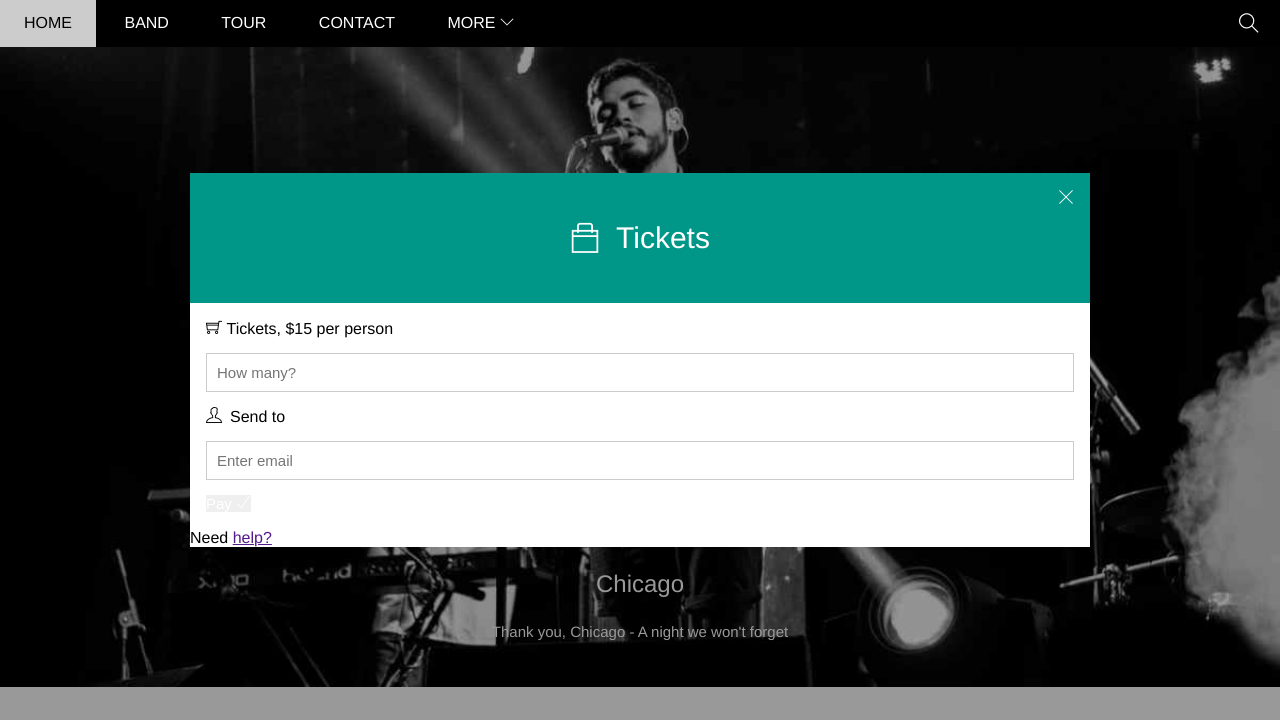
Repository: qhoa25623/The-Band
Page: index.html
An editor plug-in stored every save of this project. The page is shown before and after the next save, followed by the edit.
The browser window is 1280 px wide. The pictures show the window.
A layer covers the whole window, so only the first screen is drawn.

Above is the page before, as saved 2022-04-27 23:16:40.

After the next save:
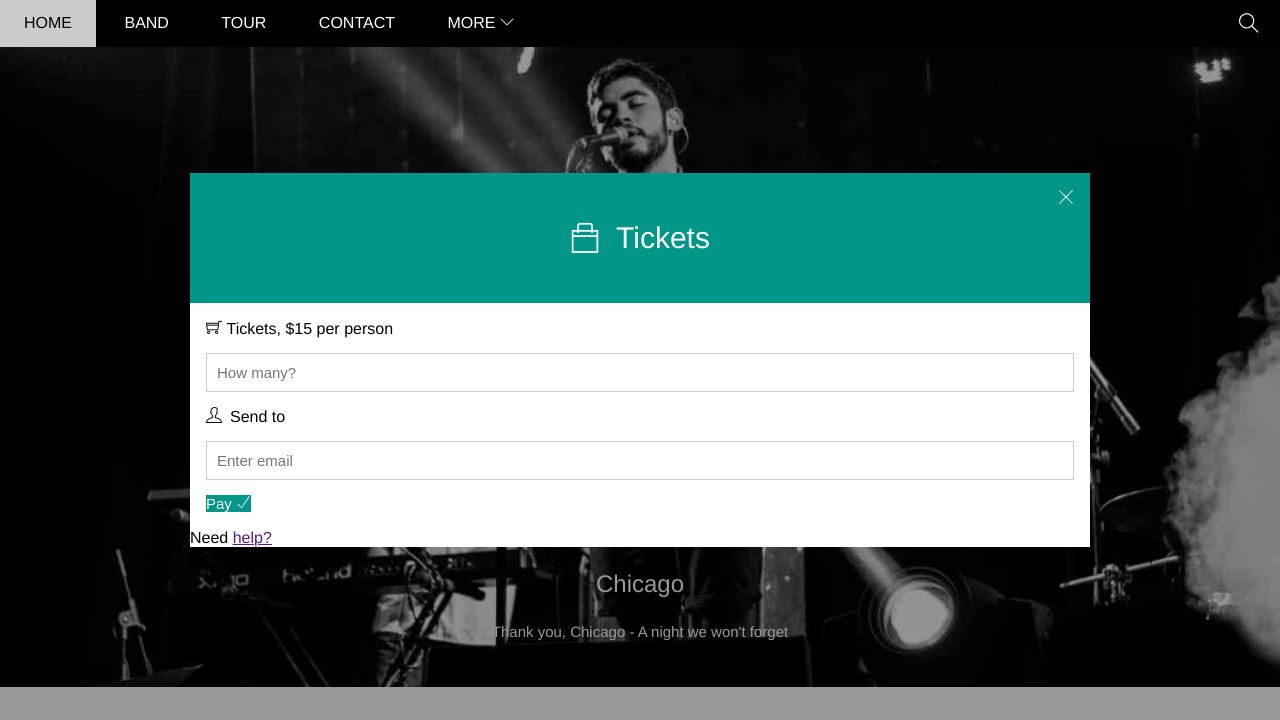
Saved 33 s later.
--- a/assets/css/styles.css
+++ b/assets/css/styles.css
@@ -286,7 +286,7 @@ html {
   margin-bottom:15px;
 }
 #buy-tickets{
-  color:#009688;
+  background-color:#009688;
   border:none;
   font-size:15px;
   color:#fff;
